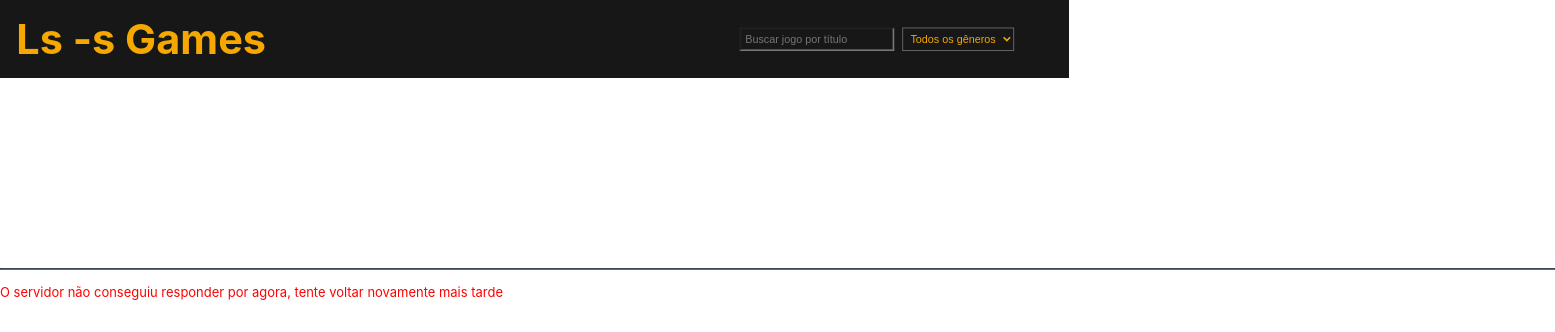
Repository: nlemuel/games-front-test
Page: /
An editor plug-in stored every save of this project. The page is shown before and after the next save, followed by the edit.
The browser window is 1280 px wide. The page is 8002 px wide, then 1602 px, so the pictures cover 1920 px, including what lies to the right of the window. The pictures show the whole page, at 81% of full size.
The page's requests for data from a server got no answer. The project was rebuilt for these pictures with package versions that can differ from the ones it lists, and the page was loaded fresh each time. No one was signed in, and anything a server would have sent is missing. Also part of the build but not shown: vite.config.ts.

Above is the page before, as saved 2023-06-25 17:37:32.

After the next save:
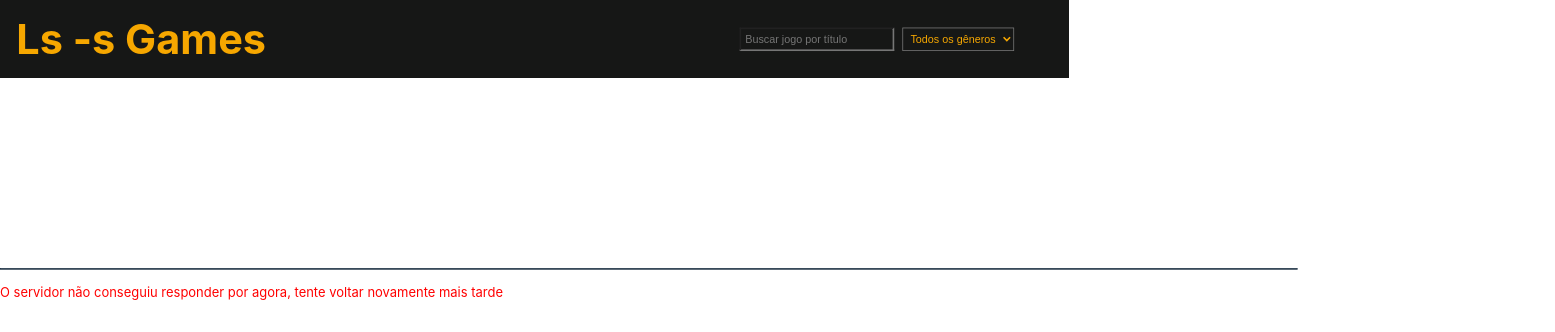
Saved 10 s later.
--- a/src/components/Container/styles.tsx
+++ b/src/components/Container/styles.tsx
@@ -5,7 +5,7 @@ const Container = styled.div`
   flex-wrap: wrap;
   justify-content: center;
   border: 1px solid;
-  min-width: 500rem;
+  min-width: 100rem;
 `;
 
 export default Container;
